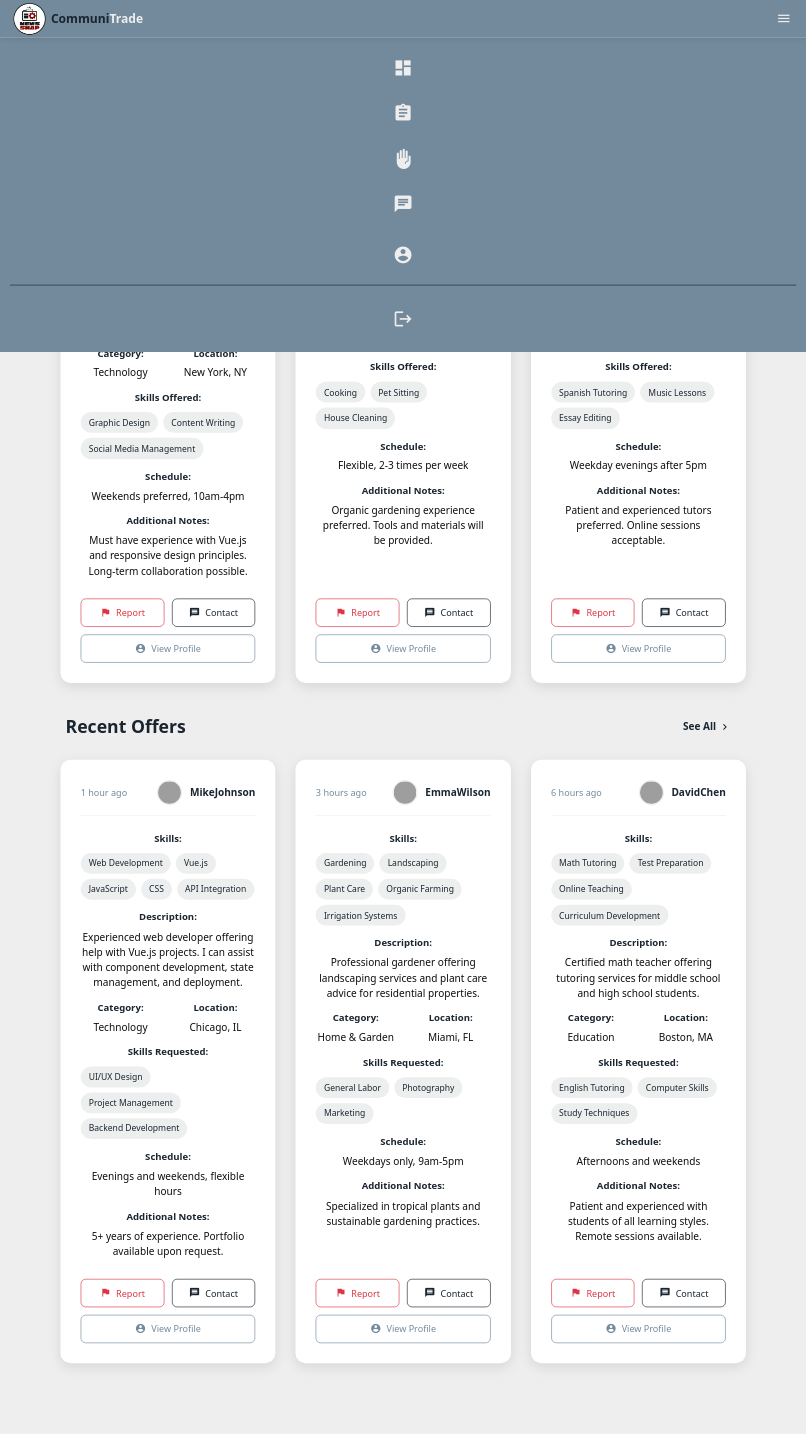
Repository: wholaanmo/news-snap
Page: /
These files come from the project's save history. The page is drawn as it stood at one moment and after the next save; the edit follows.
The browser window is 1280 px wide. The pictures show the whole page, at 63% of full size.
Pictures or frames that could not be fetched are drawn as grey boxes. The project was rebuilt for these pictures with package versions that can differ from the ones it lists, and the page was loaded fresh each time.

Above is the page before, as saved 2025-09-30 23:49:06.

### index.html
<!doctype html>
<html lang="en">
  <head>
    <meta charset="UTF-8" />
    <link rel="icon" type="image/svg+xml" href="/vite.svg" />
    <meta name="viewport" content="width=device-width, initial-scale=1.0" />
    <title>CommuniTrade</title>
    <link href="https://fonts.googleapis.com/css2?family=Material+Icons"
      rel="stylesheet">
    <link href="https://fonts.googleapis.com/css2?family=Roboto:wght@400;700&display=swap" rel="stylesheet">
    <link href="https://fonts.googleapis.com/css2?family=Inter:wght@400;600&display=swap" rel="stylesheet">
  </head>
  <body>
    <div id="app"></div>
    <script type="module" src="/src/main.js"></script>
  </body>
</html>

### src/App.vue
<template>
  <div class="app">
    <!-- Navbar will only show if showNavbar is true -->
    <Navbar v-if="showNavbar" :toggle-sidebar="toggleSidebar" />

    <!-- Sidebar will only show if showSidebar is true -->
    <Sidebar
      v-if="showSidebar"
      :isOpen="sidebarOpen"
      @toggle="sidebarOpen = $event"
    />

    <main :class="sidebarOpen && showSidebar && 'sidebar-open'">
      <router-view />
    </main>
  </div>
</template>

<script setup>
import { ref, computed } from 'vue'
import { useRoute } from 'vue-router'
import Sidebar from './components/Sidebar.vue'
import Navbar from './components/Navbar.vue'

const sidebarOpen = ref(false)
const route = useRoute()

// Hide Navbar on specific routes
const showNavbar = computed(() => {
  return !['/landing', '/login', '/register'].includes(route.path)
})

// Hide Sidebar on specific routes
const showSidebar = computed(() => {
  return !['/landing', '/login', '/register'].includes(route.path)
})

const toggleSidebar = () => {
  sidebarOpen.value = !sidebarOpen.value
}
</script>

<style lang="css">
:root {
  --primary: #1a2530;
  --grey: #728a9c;
  --dark: #0F0E0E;
  --dark-alt: #37353E;
  --light: #EEEEEE;
  --sidebar-width: 230px;
}

* {
  margin: 0;
  padding: 0;
  box-sizing: border-box;
  scrollbar-width: thin;             /* makes it thin */
  scrollbar-color: #728a9c #f0f0f0;
}

body {
  background: var(--light);
}

button {
  cursor: pointer;
  appearance: none;
  border: none;
  outline: none;
  background: none;
}

.app {
  display: flex;
  min-height: 100vh;
}

.app main {
  flex: 1 1 0;
  margin-left: calc(3.5rem + 32px);
  margin-top: 60px; /* Account for navbar height */
  transition: margin-left 0.2s ease-out;
}

.app main.sidebar-open {
  margin-left: var(--sidebar-width);
}

/* Adjust main content when sidebar is hidden */
.app main:not(.sidebar-open) {
  margin-left: 0;
}

@media (max-width: 768px) {
  .app main {
    margin-left: 0;
    margin-top: 60px; /* Ensure content starts below navbar */
  }

  .app main.sidebar-open {
    margin-left: 0;
  }
}
</style>

### src/views/Home.vue
<template>
    <div class="dashboard">
      <!-- Requests Section -->
      <section class="requests-section">
        <div class="section-header">
          <h2>Recent Requests</h2>
          <button class="see-all-btn" @click="navigateToRequests">
            See All
            <span class="material-icons">chevron_right</span>
          </button>
        </div>

        <div class="cards-container">
          <div
            v-for="request in filteredRequests.slice(0, 3)"
            :key="request.id"
            class="request-card"
          >
            <!-- Card Header -->
            <div class="card-header">
              <span class="posted-time">{{ request.timePosted }}</span>
              <div class="user-info">
                <div class="profile-pic-container">
                  <img
                    :src="request.profilePic"
                    :alt="request.accountName"
                    class="profile-pic"
                    @error="handleImageError"
                  >
                </div>
                <span class="account-name">{{ request.accountName }}</span>
              </div>
            </div>

            <!-- Card Content -->
            <div class="card-content">
              <div class="detail-item">
                <label>Request:</label>
                <span class="detail-value">{{ request.request }}</span>
              </div>
              <div class="detail-item">
                <label>Description:</label>
                <span class="detail-value">{{ request.description }}</span>
              </div>
              <div class="detail-row">
                <div class="detail-item">
                  <label>Category:</label>
                  <span class="detail-value">{{ request.category }}</span>
                </div>
                <div class="detail-item">
                  <label>Location:</label>
                  <span class="detail-value">{{ request.location }}</span>
                </div>
              </div>
              <div class="detail-item">
                <label>Skills Offered:</label>
                <div class="skills-tags">
                  <span
                    v-for="skill in request.skillsOffered"
                    :key="skill"
                    class="skill-tag"
                  >
                    {{ skill }}
                  </span>
                </div>
              </div>
              <div class="detail-item">
                <label>Schedule:</label>
                <span class="detail-value">{{ request.schedule }}</span>
              </div>
              <div class="detail-item">
                <label>Additional Notes:</label>
                <span class="detail-value">{{ request.additionalNotes }}</span>
              </div>
            </div>

            <!-- Card Actions -->
            <div class="card-actions">
              <button class="btn report-btn">
                <span class="material-icons">flag</span>
                Report
              </button>
              <button class="btn contact-btn">
                <span class="material-icons">message</span>
                Contact
              </button>
              <button class="btn profile-btn">
                <span class="material-icons">account_circle</span>
                View Profile
              </button>
            </div>
          </div>
        </div>
      </section>

      <!-- Offers Section -->
      <section class="offers-section">
        <div class="section-header">
          <h2>Recent Offers</h2>
          <button class="see-all-btn" @click="navigateToOffers">
            See All
            <span class="material-icons">chevron_right</span>
          </button>
        </div>

        <div class="cards-container">
          <div
            v-for="offer in filteredOffers.slice(0, 3)"
            :key="offer.id"
            class="offer-card"
          >
            <!-- Card Header -->
            <div class="card-header">
              <span class="posted-time">{{ offer.timePosted }}</span>
              <div class="user-info">
                <div class="profile-pic-container">
                  <img
                    :src="offer.profilePic"
                    :alt="offer.accountName"
                    class="profile-pic"
                    @error="handleImageError"
                  >
                </div>
                <span class="account-name">{{ offer.accountName }}</span>
              </div>
            </div>

            <!-- Card Content -->
            <div class="card-content">
              <div class="detail-item">
                <label>Skills:</label>
                <div class="skills-tags">
                  <span
                    v-for="skill in offer.skills"
                    :key="skill"
                    class="skill-tag"
                  >
                    {{ skill }}
                  </span>
                </div>
              </div>
              <div class="detail-item">
                <label>Description:</label>
                <span class="detail-value">{{ offer.description }}</span>
              </div>
              <div class="detail-row">
                <div class="detail-item">
                  <label>Category:</label>
                  <span class="detail-value">{{ offer.category }}</span>
                </div>
                <div class="detail-item">
                  <label>Location:</label>
                  <span class="detail-value">{{ offer.location }}</span>
                </div>
              </div>
              <div class="detail-item">
                <label>Skills Requested:</label>
                <div class="skills-tags">
                  <span
                    v-for="skill in offer.skillsRequested"
                    :key="skill"
                    class="skill-tag"
                  >
                    {{ skill }}
                  </span>
                </div>
              </div>
              <div class="detail-item">
                <label>Schedule:</label>
                <span class="detail-value">{{ offer.schedule }}</span>
              </div>
              <div class="detail-item">
                <label>Additional Notes:</label>
                <span class="detail-value">{{ offer.additionalNotes }}</span>
              </div>
            </div>

            <!-- Card Actions -->
            <div class="card-actions">
              <button class="btn report-btn">
                <span class="material-icons">flag</span>
                Report
              </button>
              <button class="btn contact-btn">
                <span class="material-icons">message</span>
                Contact
              </button>
              <button class="btn profile-btn">
                <span class="material-icons">account_circle</span>
                View Profile
              </button>
            </div>
          </div>
        </div>
      </section>
    </div>
  </template>

  <script setup>
  import { ref, computed } from 'vue'
  import { useRouter } from 'vue-router'

  const router = useRouter()
  const searchQuery = ref('')

  // Sample data for requests with profile pictures
  const requests = ref([
    {
      id: 1,
      accountName: 'JohnDoe',
      profilePic: 'https://images.unsplash.com/photo-1472099645785-5658abf4ff4e?w=150&h=150&fit=crop&crop=face',
      timePosted: '2 hours ago',
      request: 'Web Development Help',
      description: 'Need help building a responsive website for my small business. Looking for someone with experience in modern web technologies.',
      category: 'Technology',
      location: 'New York, NY',
      skillsOffered: ['Graphic Design', 'Content Writing', 'Social Media Management'],
      schedule: 'Weekends preferred, 10am-4pm',
      additionalNotes: 'Must have experience with Vue.js and responsive design principles. Long-term collaboration possible.'
    },
    {
      id: 2,
      accountName: 'SarahSmith',
      profilePic: 'https://images.unsplash.com/photo-1494790108755-2616b612b786?w=150&h=150&fit=crop&crop=face',
      timePosted: '5 hours ago',
      request: 'Gardening Assistance',
      description: 'Help with backyard garden maintenance and planting seasonal flowers and vegetables.',
      category: 'Home & Garden',
      location: 'Los Angeles, CA',
      skillsOffered: ['Cooking', 'Pet Sitting', 'House Cleaning'],
      schedule: 'Flexible, 2-3 times per week',
      additionalNotes: 'Organic gardening experience preferred. Tools and materials will be provided.'
    },
    {
      id: 3,
      accountName: 'AlexJohnson',
      profilePic: 'https://images.unsplash.com/photo-1507003211169-0a1dd7228f2d?w=150&h=150&fit=crop&crop=face',
      timePosted: '1 day ago',
      request: 'Math Tutoring',
      description: 'Looking for a tutor to help with high school calculus and algebra concepts.',
      category: 'Education',
      location: 'Chicago, IL',
      skillsOffered: ['Spanish Tutoring', 'Music Lessons', 'Essay Editing'],
      schedule: 'Weekday evenings after 5pm',
      additionalNotes: 'Patient and experienced tutors preferred. Online sessions acceptable.'
    }
  ])

  // Sample data for offers with profile pictures
  const offers = ref([
    {
      id: 1,
      accountName: 'MikeJohnson',
      profilePic: 'https://images.unsplash.com/photo-1500648767791-00dcc994a43e?w=150&h=150&fit=crop&crop=face',
      timePosted: '1 hour ago',
      skills: ['Web Development', 'Vue.js', 'JavaScript', 'CSS', 'API Integration'],
      description: 'Experienced web developer offering help with Vue.js projects. I can assist with component development, state management, and deployment.',
      category: 'Technology',
      location: 'Chicago, IL',
      skillsRequested: ['UI/UX Design', 'Project Management', 'Backend Development'],
      schedule: 'Evenings and weekends, flexible hours',
      additionalNotes: '5+ years of experience. Portfolio available upon request.'
    },
    {
      id: 2,
      accountName: 'EmmaWilson',
      profilePic: 'https://images.unsplash.com/photo-1438761681033-6461ffad8d80?w=150&h=150&fit=crop&crop=face',
      timePosted: '3 hours ago',
      skills: ['Gardening', 'Landscaping', 'Plant Care', 'Organic Farming', 'Irrigation Systems'],
      description: 'Professional gardener offering landscaping services and plant care advice for residential properties.',
      category: 'Home & Garden',
      location: 'Miami, FL',
      skillsRequested: ['General Labor', 'Photography', 'Marketing'],
      schedule: 'Weekdays only, 9am-5pm',
      additionalNotes: 'Specialized in tropical plants and sustainable gardening practices.'
    },
    {
      id: 3,
      accountName: 'DavidChen',
      profilePic: 'https://images.unsplash.com/photo-1519244703995-f4e0f30006d5?w=150&h=150&fit=crop&crop=face',
      timePosted: '6 hours ago',
      skills: ['Math Tutoring', 'Test Preparation', 'Online Teaching', 'Curriculum Development'],
      description: 'Certified math teacher offering tutoring services for middle school and high school students.',
      category: 'Education',
      location: 'Boston, MA',
      skillsRequested: ['English Tutoring', 'Computer Skills', 'Study Techniques'],
      schedule: 'Afternoons and weekends',
      additionalNotes: 'Patient and experienced with students of all learning styles. Remote sessions available.'
    }
  ])

  // Computed properties for filtered data
  const filteredRequests = computed(() => {
    if (!searchQuery.value) return requests.value
    const query = searchQuery.value.toLowerCase()
    return requests.value.filter(request =>
      request.request.toLowerCase().includes(query) ||
      request.description.toLowerCase().includes(query) ||
      request.category.toLowerCase().includes(query) ||
      request.location.toLowerCase().includes(query) ||
      request.skillsOffered.some(skill => skill.toLowerCase().includes(query))
    )
  })

  const filteredOffers = computed(() => {
    if (!searchQuery.value) return offers.value
    const query = searchQuery.value.toLowerCase()
    return offers.value.filter(offer =>
      offer.skills.some(skill => skill.toLowerCase().includes(query)) ||
      offer.description.toLowerCase().includes(query) ||
      offer.category.toLowerCase().includes(query) ||
      offer.location.toLowerCase().includes(query) ||
      offer.skillsRequested.some(skill => skill.toLowerCase().includes(query))
    )
  })

  // Navigation methods
  const navigateToRequests = () => {
    router.push('/requests')
  }

  const navigateToOffers = () => {
    router.push('/offers')
  }

  // Handle broken image links
  const handleImageError = (event) => {
    event.target.src = 'data:[embedded picture, 506 characters]'
  }
  </script>

  <style scoped>
  .dashboard {
    padding: 2rem;
    max-width: 1400px;
    margin: 0 auto;
    margin-left: 2rem;
    margin-right: 2rem; /* Added equal right margin */
  }

  /* Section Header Styles */
  .section-header {
    display: flex;
    justify-content: space-between;
    align-items: center;
    margin-bottom: 2rem;
    padding: 0 0.5rem;
  }

  .section-header h2 {
    color: var(--primary);
    font-size: 1.75rem;
    font-weight: 600;
  }

  .see-all-btn {
    display: flex;
    align-items: center;
    color: var(--primary);
    font-weight: 600;
    font-size: 1rem;
    transition: color 0.3s ease;
    padding: 0.5rem 1rem;
    border-radius: 6px;
    white-space: nowrap;
  }

  .see-all-btn:hover {
    color: var(--dark);
    background-color: rgba(26, 37, 48, 0.05);
  }

  .see-all-btn .material-icons {
    font-size: 1.2rem;
    margin-left: 0.25rem;
  }

  /* Cards Container - Fixed 3 columns */
  .cards-container {
    display: grid;
    grid-template-columns: repeat(3, 1fr); /* Fixed 3 columns */
    gap: 2rem;
    margin-bottom: 3rem;
  }

  /* Card Styles */
  .request-card,
  .offer-card {
    background: white;
    border-radius: 16px;
    padding: 2rem;
    box-shadow: 0 6px 20px rgba(0, 0, 0, 0.1);
    transition: transform 0.3s ease, box-shadow 0.3s ease;
    min-height: 580px;
    display: flex;
    flex-direction: column;
  }

  .request-card:hover,
  .offer-card:hover {
    transform: translateY(-4px);
    box-shadow: 0 12px 25px rgba(0, 0, 0, 0.15);
  }

  /* Card Header Styles with Profile Picture */
  .card-header {
    display: flex;
    justify-content: space-between;
    align-items: center;
    margin-bottom: 1.5rem;
    padding-bottom: 1rem;
    border-bottom: 1px solid var(--light);
  }

  .posted-time {
    color: var(--grey);
    font-size: 0.9rem;
  }

  .user-info {
    display: flex;
    align-items: center;
    gap: 0.75rem;
  }

  .profile-pic-container {
    width: 40px;
    height: 40px;
    border-radius: 50%;
    overflow: hidden;
    border: 2px solid var(--light);
    flex-shrink: 0;
  }

  .profile-pic {
    width: 100%;
    height: 100%;
    object-fit: cover;
  }

  .account-name {
    color: var(--primary);
    font-weight: 600;
    font-size: 1rem;
  }

  /* Card Content Styles */
  .card-content {
    margin-bottom: 2rem;
    flex: 1;
    display: flex;
    flex-direction: column;
    gap: 1rem;
  }

  .detail-item {
    display: flex;
    flex-direction: column;
    gap: 0.5rem;
  }

  .detail-item label {
    font-weight: 600;
    color: var(--primary);
    font-size: 0.95rem;
  }

  .detail-value {
    color: var(--dark);
    font-size: 1rem;
    line-height: 1.5;
  }

  .detail-row {
    display: flex;
    gap: 1.5rem;
  }

  .detail-row .detail-item {
    flex: 1;
  }

  /* Skills Tags Styles */
  .skills-tags {
    display: flex;
    flex-wrap: wrap;
    gap: 0.5rem;
    margin-top: 0.25rem;
  }

  .skill-tag {
    background-color: rgba(26, 37, 48, 0.08);
    color: var(--primary);
    padding: 0.4rem 0.8rem;
    border-radius: 20px;
    font-size: 0.85rem;
    font-weight: 500;
  }

  /* Card Actions Styles */
  .card-actions {
    display: flex;
    gap: 0.75rem;
    flex-wrap: wrap;
    margin-top: auto;
  }

  .btn {
    display: flex;
    align-items: center;
    padding: 0.75rem 1.25rem;
    border-radius: 8px;
    font-size: 0.9rem;
    font-weight: 500;
    transition: all 0.3s ease;
    border: 1px solid transparent;
    flex: 1;
    justify-content: center;
    min-width: 110px;
  }

  .btn .material-icons {
    font-size: 1.1rem;
    margin-right: 0.5rem;
  }

  .report-btn {
    color: #dc3545;
    border-color: #dc3545;
  }

  .report-btn:hover {
    background-color: #dc3545;
    color: white;
  }

  .contact-btn {
    color: var(--primary);
    border-color: var(--primary);
  }

  .contact-btn:hover {
    background-color: var(--primary);
    color: white;
  }

  .profile-btn {
    color: var(--grey);
    border-color: var(--grey);
  }

  .profile-btn:hover {
    background-color: var(--grey);
    color: white;
  }

  /* Responsive Design */
  @media (max-width: 1200px) {
    .cards-container {
      grid-template-columns: repeat(3, 1fr); /* Maintain 3 columns */
      gap: 1.5rem;
    }

    .request-card,
    .offer-card {
      padding: 1.5rem;
      min-height: 550px;
    }
  }

  @media (max-width: 1024px) {
    .cards-container {
      grid-template-columns: repeat(2, 1fr); /* 2 columns on tablets */
    }

    .dashboard {
      margin-left: 1.5rem;
      margin-right: 1.5rem;
    }
  }

  @media (max-width: 768px) {
    .dashboard {
      padding: 1rem;
      margin-left: 1rem;
      margin-right: 1rem;
    }

    .cards-container {
      grid-template-columns: 1fr; /* 1 column on mobile */
      gap: 1.5rem;
    }

    .section-header {
      flex-direction: column;
      align-items: flex-start;
      gap: 0.75rem;
    }

    .request-card,
    .offer-card {
      padding: 1.5rem;
      min-height: auto;
    }

    .card-actions {
      flex-direction: column;
    }

    .detail-row {
      flex-direction: column;
      gap: 1rem;
    }

    .btn {
      min-width: auto;
    }
  }

  @media (max-width: 480px) {
    .dashboard {
      margin-left: 0.5rem;
      margin-right: 0.5rem;
    }

    .request-card,
    .offer-card {
      padding: 1.25rem;
    }

    .card-header {
      flex-direction: column;
      align-items: flex-start;
      gap: 0.75rem;
    }

    .user-info {
      align-self: flex-end;
    }
  }
  </style>

### src/components/Navbar.vue
<template>
  <nav class="navbar">
    <div class="navbar-content">
      <div class="navbar-left">
        <div class="logo-container">
          <img src="../assets/CommuniTrade.png" alt="CommuniTrade Logo" class="logo-img">
          <p class="logo-text">Communi<span class="logo-text1">Trade</span></p>
        </div>
      </div>

      <div class="navbar-right">
        <button class="hamburger-btn" @click="toggleSidebar">
          <span class="material-icons">menu</span>
        </button>
      </div>
    </div>
  </nav>
</template>

<script setup>
defineProps({
  toggleSidebar: Function
})
</script>

<style scoped>
.navbar {
  position: fixed;
  top: 0;
  left: 0;
  right: 0;
  height: 60px;
  background-color: var(--grey);
  color: var(--light);
  z-index: 98;
  box-shadow: 0 2px 10px rgba(0, 0, 0, 0.1);
}

.navbar-content {
  display: flex;
  align-items: center;
  justify-content: space-between;
  height: 100%;
  padding: 0 1rem;
}

.navbar-left {
  display: flex;
  align-items: center;
}

.navbar-right {
  display: flex;
  align-items: center;
}

.logo-container {
  display: flex;
  align-items: center;
  gap: 0.5rem;
}

.logo-img {
  width: 52px;
  height: 52px;
  object-fit: contain;
  margin-left: 0.3rem;
}

.logo-text1 {
  font-weight: bold;
  font-size: 1.2rem;
  color: var(--light);
}

.logo-text {
  font-weight: bold;
  font-size: 1.2rem;
  color: var(--primary);
}

.hamburger-btn {
  display: flex;
  align-items: center;
  justify-content: center;
  width: 40px;
  height: 40px;
  border-radius: 50%;
  transition: all 0.3s ease;
  color: var(--light);
}

.hamburger-btn:hover {
  color: var(--primary);
  transform: rotate(180deg);
}

/* Remove the media query that hides the logo text */
/* @media (max-width: 768px) {
  .logo-text {
    display: none;
  }
} */

/* Instead, adjust font size for very small screens */
@media (max-width: 480px) {
  .logo-text {
    font-size: 1rem;
  }

  .logo-img {
    width: 35px;
    height: 35px;
  }
}

@media (max-width: 360px) {
  .logo-text {
    font-size: 0.9rem;
  }
}
</style>

Loaded but not shown: src/style.css (common file); src/main.js (57 lines, source omitted); src/components/Sidebar.vue (236 lines, source omitted)

After the next save:
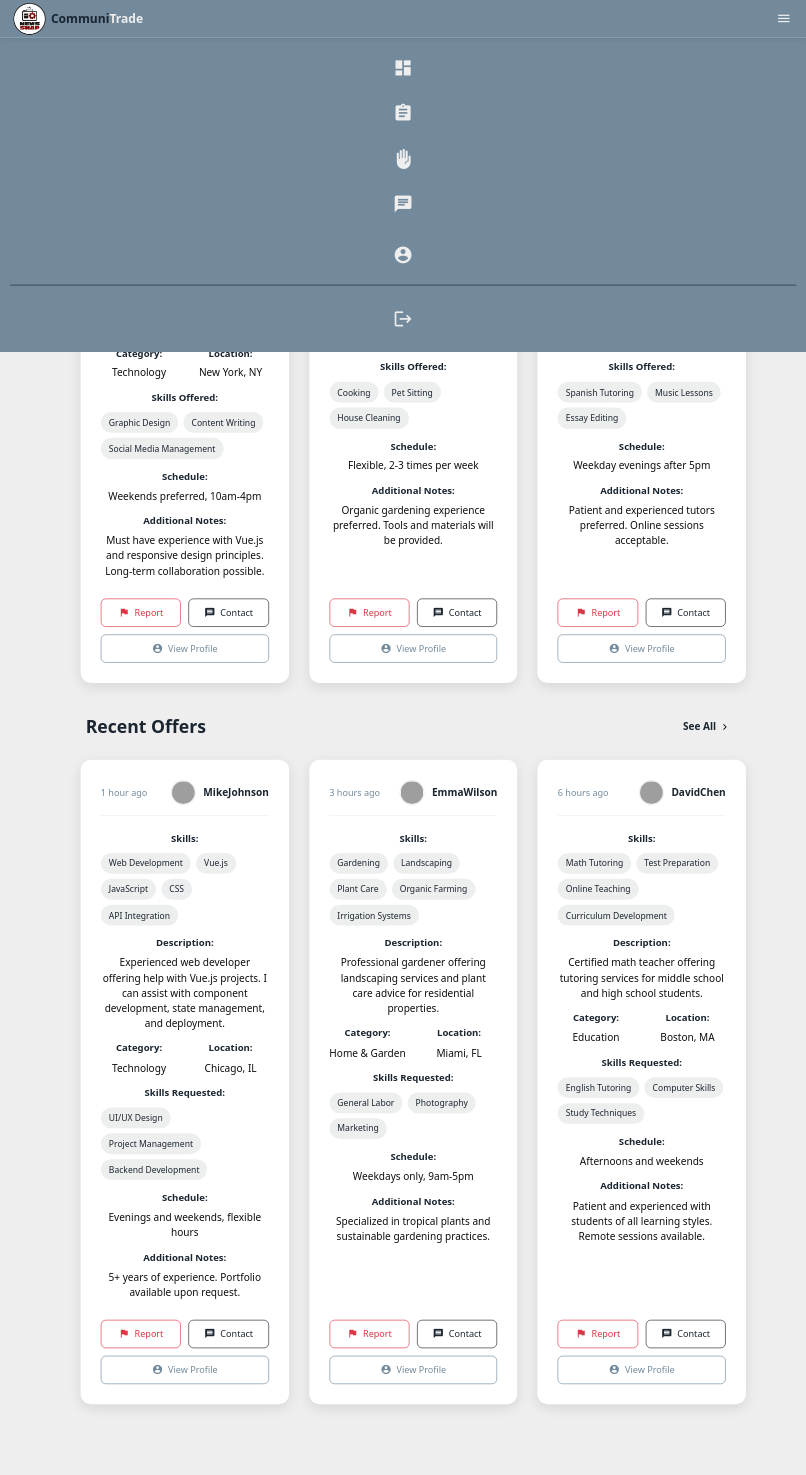
Saved 31 s later.
--- a/src/views/Home.vue
+++ b/src/views/Home.vue
@@ -334,7 +334,7 @@
     padding: 2rem;
     max-width: 1400px;
     margin: 0 auto;
-    margin-left: 2rem;
+    margin-left: 4rem;
     margin-right: 2rem; /* Added equal right margin */
   }
 
